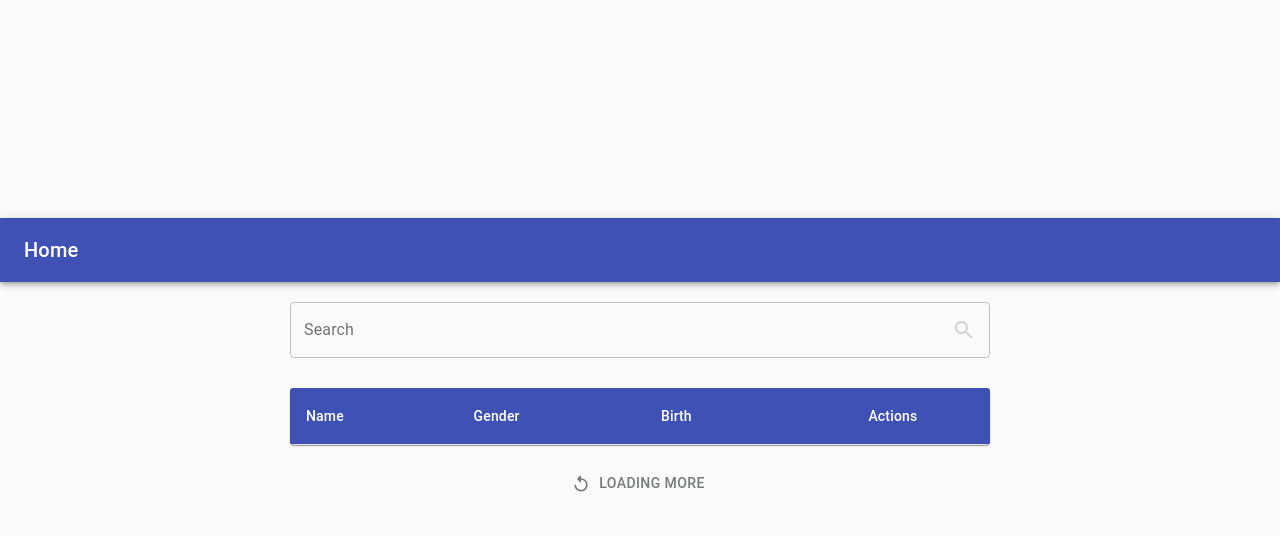
Repository: GabrielBrandaoProjetos/patient-manager
Page: /
The author's editor kept a copy of each file at every save. The page is drawn from the files as they stood at one save, then again after the next save.
The browser window is 1280 px wide. The pictures show the whole page.
The page's requests for data from a server got no answer. The project was rebuilt for these pictures with package versions that can differ from the ones it lists, and the page was loaded fresh each time. No one was signed in, and anything a server would have sent is missing.

Above is the page before, as saved 2021-09-14 18:39:57.

### public/index.html
<!DOCTYPE html>
<html lang="en">
  <head>
    <meta charset="utf-8" />
    <meta name="viewport" content="minimum-scale=1, width=device-width, initial-scale=1" />
    <meta name="theme-color" content="#000000" />

    <title>React App</title>
  </head>
  <body>
    <noscript>You need to enable JavaScript to run this app.</noscript>
    <div id="root"></div>
  </body>
</html>

### src/App.tsx
import React from 'react';
import { CssBaseline } from '@material-ui/core';
import { Home } from './pages/Home/Home';
import { TableProvider } from './contexts/TableContext';


function App() {
  return (
    <>
    <TableProvider>
      <CssBaseline />
      <Home />
    </TableProvider>
    </>
  );
}

export default App;

### src/pages/Home/Home.tsx
import React from 'react';
import { AppBar, Button, FormControl, InputAdornment, InputLabel, OutlinedInput, Paper, Table, TableBody, TableCell, TableContainer, TableHead, TableRow, Toolbar, Typography } from '@material-ui/core';
import {Search, ReplayRounded} from '@material-ui/icons';
import { createStyles, makeStyles, Theme } from '@material-ui/core/styles';
import { useTableContext } from '../../contexts/TableContext';

const useStyles = makeStyles((theme: Theme) =>
  createStyles({
    root: {
      width: '100vw',
      height: '100vh',
      display: 'flex',
      flexDirection: 'column',
      alignItems: 'center',
      justifyContent: 'center',
    },
    title: {
      flexGrow: 1,
    },
    form: {
      maxWidth: 700,
      width: "100%",
      marginTop: 20
    },
    outlinedInput: {

    },
    search: {
      color: "#d2d2d2",
    },
    tableContainer: {
      maxWidth: 700,
      width: "100%",

      marginTop: 30,
      marginBottom: 20,
      backgroundColor: "#4f5052",
    },
    row: {
      color: "white",
      background: "#3f51b5"
    },
    rowBody: {
      '&:nth-of-type(odd)': {
        backgroundColor: "#78797a",
      }
    },
    cell: {
      color: "white",
    },
    actions: {
      padding: 0
    },
    buttonShow: {
      padding: "4px 16px",
      textTransform: "none"
    },
    buttonLoading: {
      color: "#78797a",
    },
  }),
);

export const Home = () => {
  const classes = useStyles();

  const {patients} = useTableContext()

  return(
    <div className={classes.root}>
      <AppBar position="static">
        <Toolbar>
          <Typography variant="h6" className={classes.title}>
            Home
          </Typography>
        </Toolbar>
      </AppBar>

      <FormControl className={classes.form} variant="outlined">
        <InputLabel htmlFor="outlined-adornment-search">Search</InputLabel>
        <OutlinedInput
          classes={{root: classes.outlinedInput}}
          id="outlined-adornment-search"
          type="search"
          // value={values.password}
          // onChange={handleChange('password')}
          endAdornment={
            <InputAdornment position="end">
              <Search className={classes.search}/>
            </InputAdornment>
          }
          labelWidth={70}
        />
      </FormControl>

      <TableContainer component={Paper} className={classes.tableContainer}>
        <Table aria-label="simple table">
          <TableHead>
            <TableRow className={classes.row}>
              <TableCell className={classes.cell}>Name</TableCell>
              <TableCell className={classes.cell}>Gender</TableCell>
              <TableCell className={classes.cell}>Birth</TableCell>
              <TableCell align="center" className={classes.cell}>Actions</TableCell>
            </TableRow>
          </TableHead>
          <TableBody>
            {patients.map((patient) => (
              <TableRow key={patient.login.uuid} className={classes.rowBody}>
                <TableCell component="th" className={classes.cell}>{patient.name.first}</TableCell>
                <TableCell className={classes.cell}>masculino</TableCell>
                <TableCell className={classes.cell}>26</TableCell>
                <TableCell align="center" className={classes.actions}>
                  <Button variant="contained" color="primary" disableElevation className={classes.buttonShow}>show</Button>
                </TableCell>
              </TableRow>
            ))}

          </TableBody>
        </Table>
      </TableContainer>

      <Button
        className={classes.buttonLoading}
        startIcon={<ReplayRounded/>}
      >
        Loading more
      </Button>
    </div>
  )
}

### src/contexts/TableContext.tsx
import { createContext, useContext, useEffect, useState } from "react";
import { searchPatients } from "../services/api";

interface TableContextData{
	patients: any[]
}

const TableContext = createContext<TableContextData>({} as TableContextData)

export const TableProvider: React.FC = ({children}) => {
  const [patients, setPatients] = useState([])

  useEffect(() => {
    async function handleSearchPatients() {
      setPatients(await searchPatients())
    }
    handleSearchPatients()
  }, [])

  return (
    <TableContext.Provider value={{patients}}>
      {children}
    </TableContext.Provider>
  )
}

export function useTableContext(){
	const context = useContext(TableContext)
	return context
}

### src/services/api.ts
import axios from 'axios';

const api = axios.create({
    baseURL: 'https://randomuser.me/api/',
})


export async function searchPatients(){
  const response = await api.get("?results=50")
  return response.data.results
}

Loaded but not shown: src/index.tsx (common file); src/reportWebVitals.ts (common file)

After the next save:
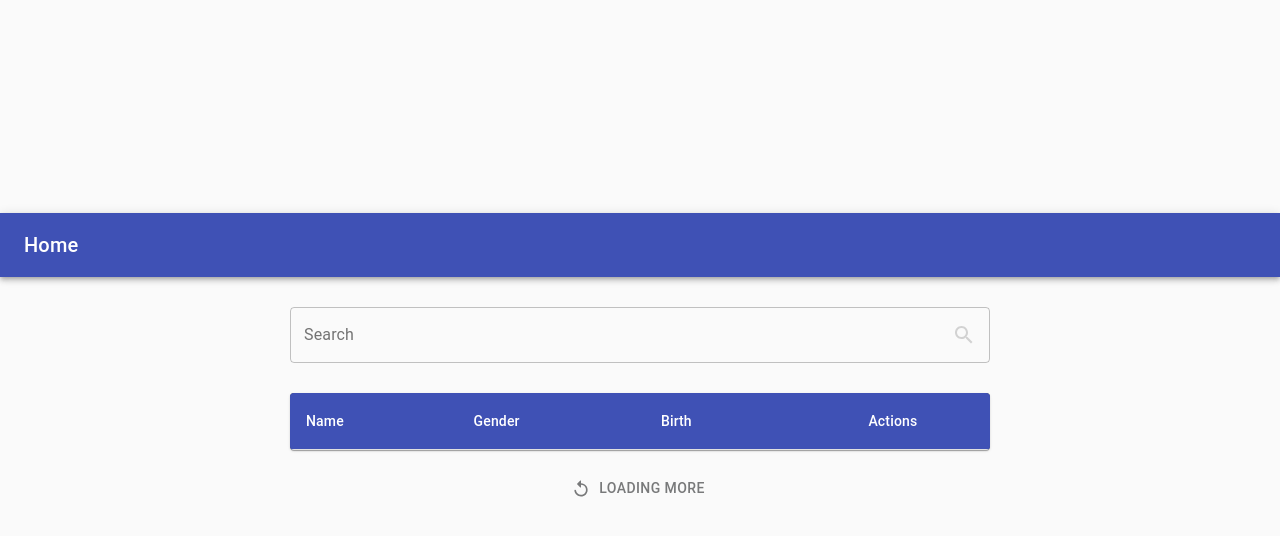
Saved 20 s later.
--- a/src/pages/Home/Home.tsx
+++ b/src/pages/Home/Home.tsx
@@ -20,7 +20,7 @@ const useStyles = makeStyles((theme: Theme) =>
     form: {
       maxWidth: 700,
       width: "100%",
-      marginTop: 20
+      marginTop: 30
     },
     outlinedInput: {
 
